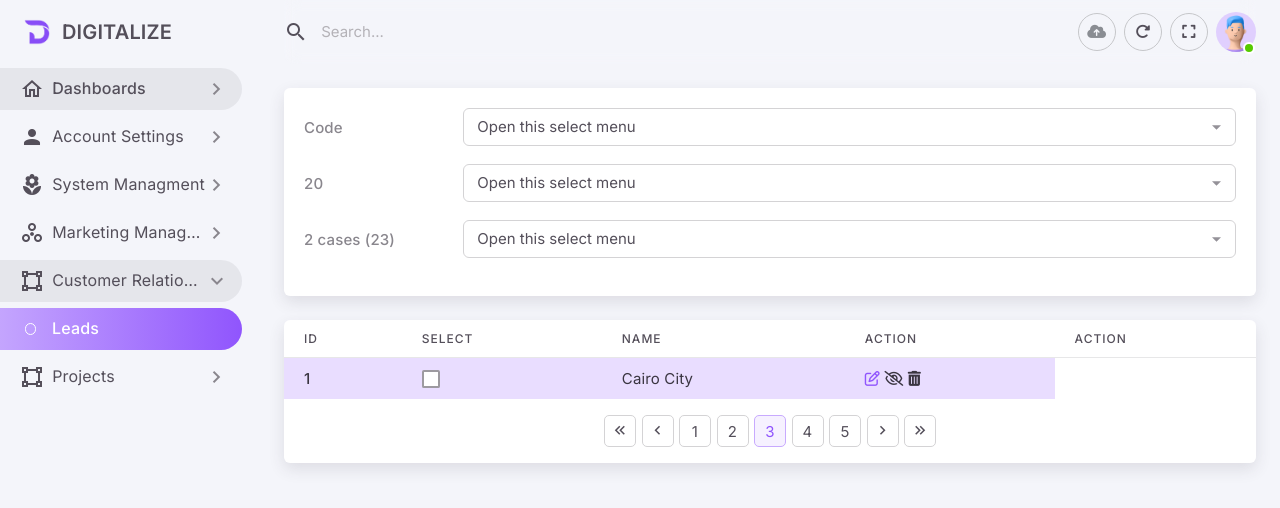
Repository: FadyFathey/sales-crm
Page: html/project-list.html
An editor plug-in stored every save of this project. The page is shown before and after a run of saves, followed by the edit.
The browser window is 1280 px wide. The pictures show the whole page.
Some icons come from a web library that is not loaded, so they are not drawn. Some web libraries are served in a nearby version.

Above is the page before, as saved 2024-10-09 14:05:40.
Console error: ReferenceError: d3 is not defined

After the next 2 saves:
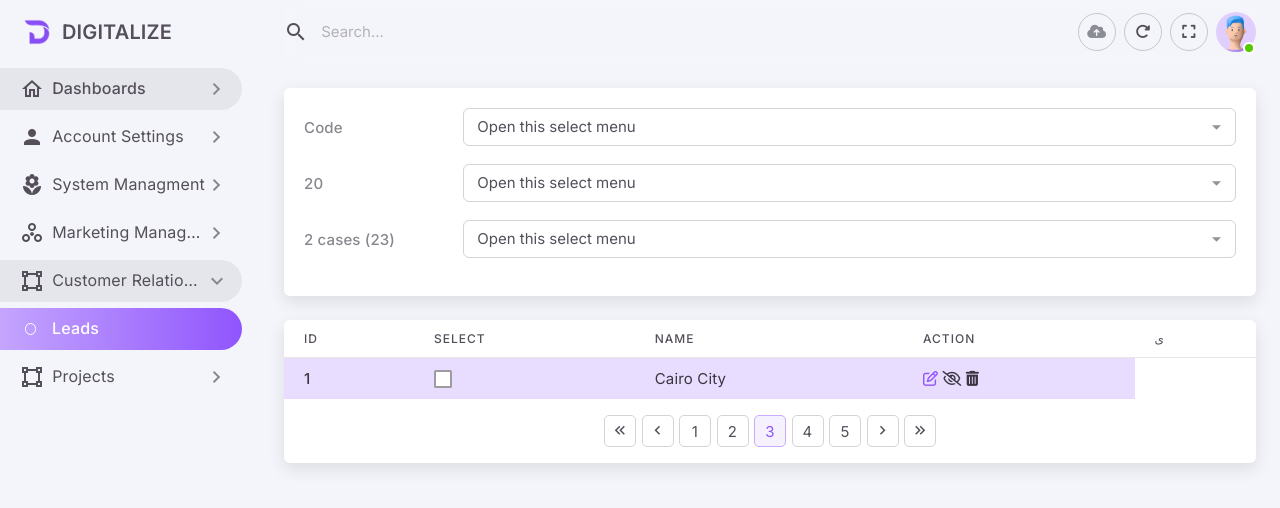
The 2 saves are shown as one change because they came seconds apart.
The last was saved 6 s later.
--- a/html/project-list.html
+++ b/html/project-list.html
@@ -388,7 +388,7 @@
                                             <th>select</th>
                                             <th>Name</th>
                                             <th>Action</th>
-                                            <th>Action</th>
+                                            <th>ى</th>
                                         </tr>
                                     </thead>
                                     <tbody class="table-border-bottom-0">
